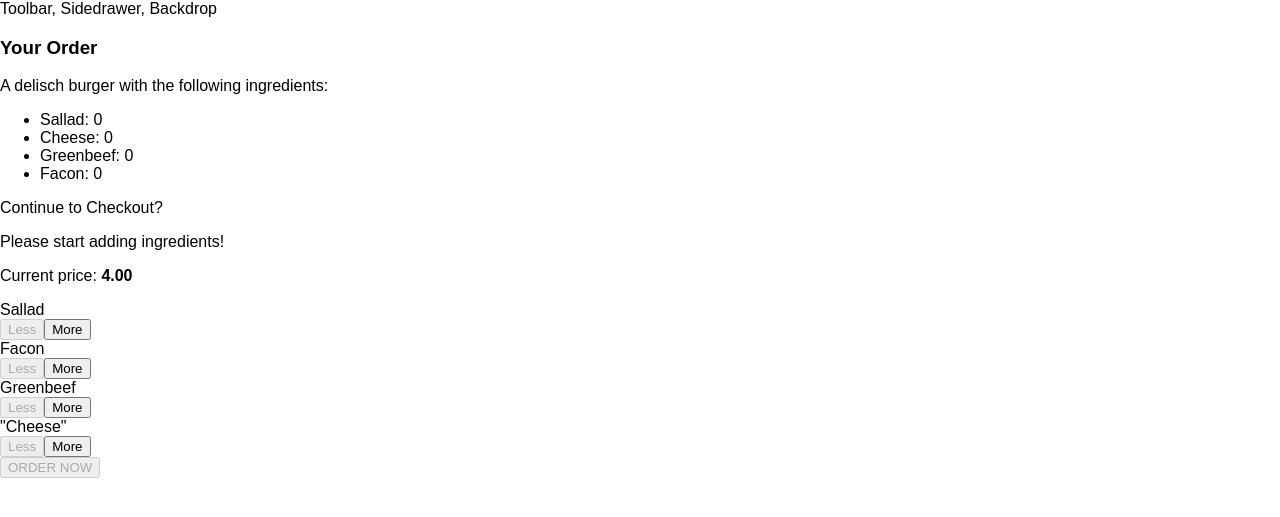
Repository: JuanitaPirizadeh/Burger-builder-react
Page: /
These files come from the project's save history. The page is drawn as it stood at one moment and after the next save; the edit follows.
The browser window is 1280 px wide. The pictures show the whole page.
The project was rebuilt for these pictures with package versions that can differ from the ones it lists, and the page was loaded fresh each time. Also part of the build but not shown: src/components/Layout/Layout.css, src/components/Burger/Burger.css, src/components/Burger/BurgerIngredient/BurgerIngredient.css, src/components/Burger/BuildControls/BuildControl/BuildControl.css, src/components/Burger/BuildControls/BuildControls.css, src/components/UI/Modal/Modal.css.

Above is the page before, as saved 2020-01-06 12:35:08.

After the next save:
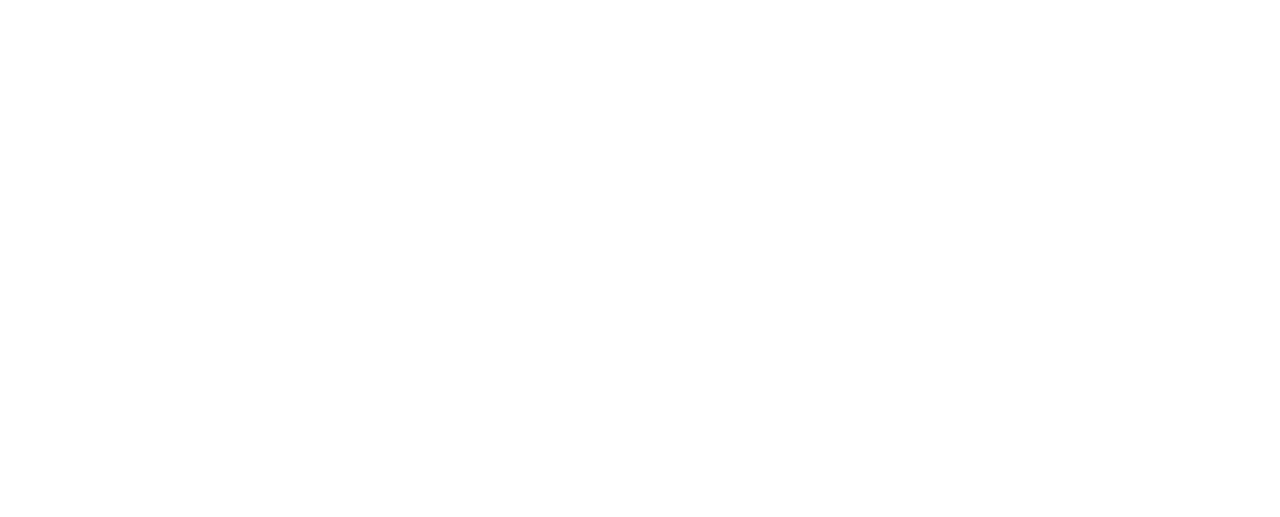
Console error: ReferenceError: pur is not defined
Saved 9 s later.
--- a/src/containers/BurgerBuilder/BurgerBuilder.js
+++ b/src/containers/BurgerBuilder/BurgerBuilder.js
@@ -23,7 +23,7 @@
         },
         totalPrice: 4,
         purchaseable: false,
-
+        pur
     }
 
     updatePurchaseState(ingredients) {

After the 2 saves that followed:
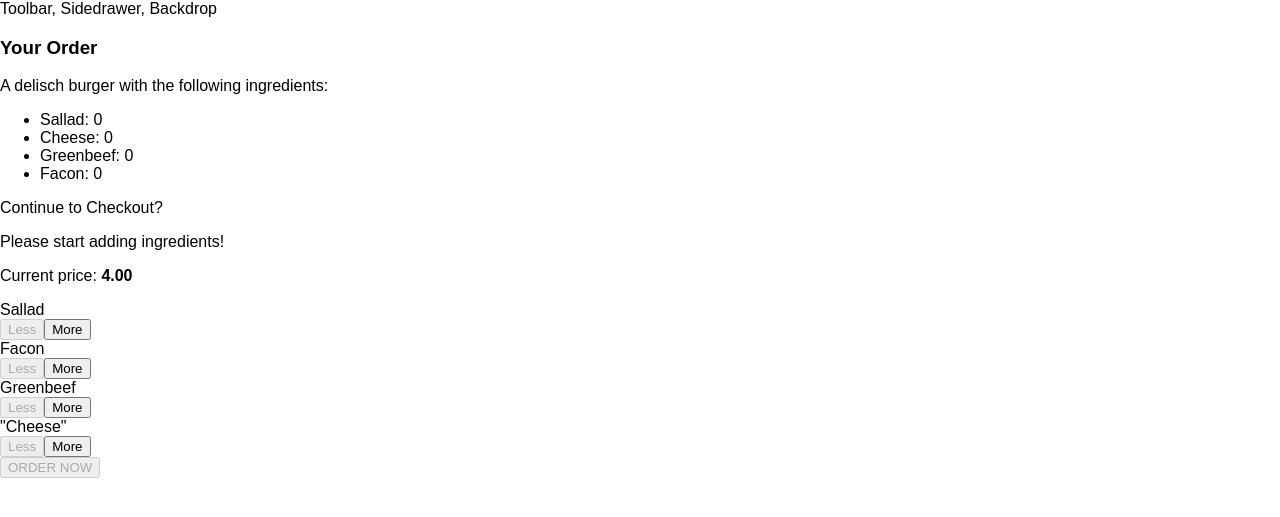
The error is gone.
The 2 saves are shown as one change because they came seconds apart.
The last was saved 7 s later.
--- a/src/containers/BurgerBuilder/BurgerBuilder.js
+++ b/src/containers/BurgerBuilder/BurgerBuilder.js
@@ -23,7 +23,7 @@
         },
         totalPrice: 4,
         purchaseable: false,
-        pur
+        purchasing: false
     }
 
     updatePurchaseState(ingredients) {
